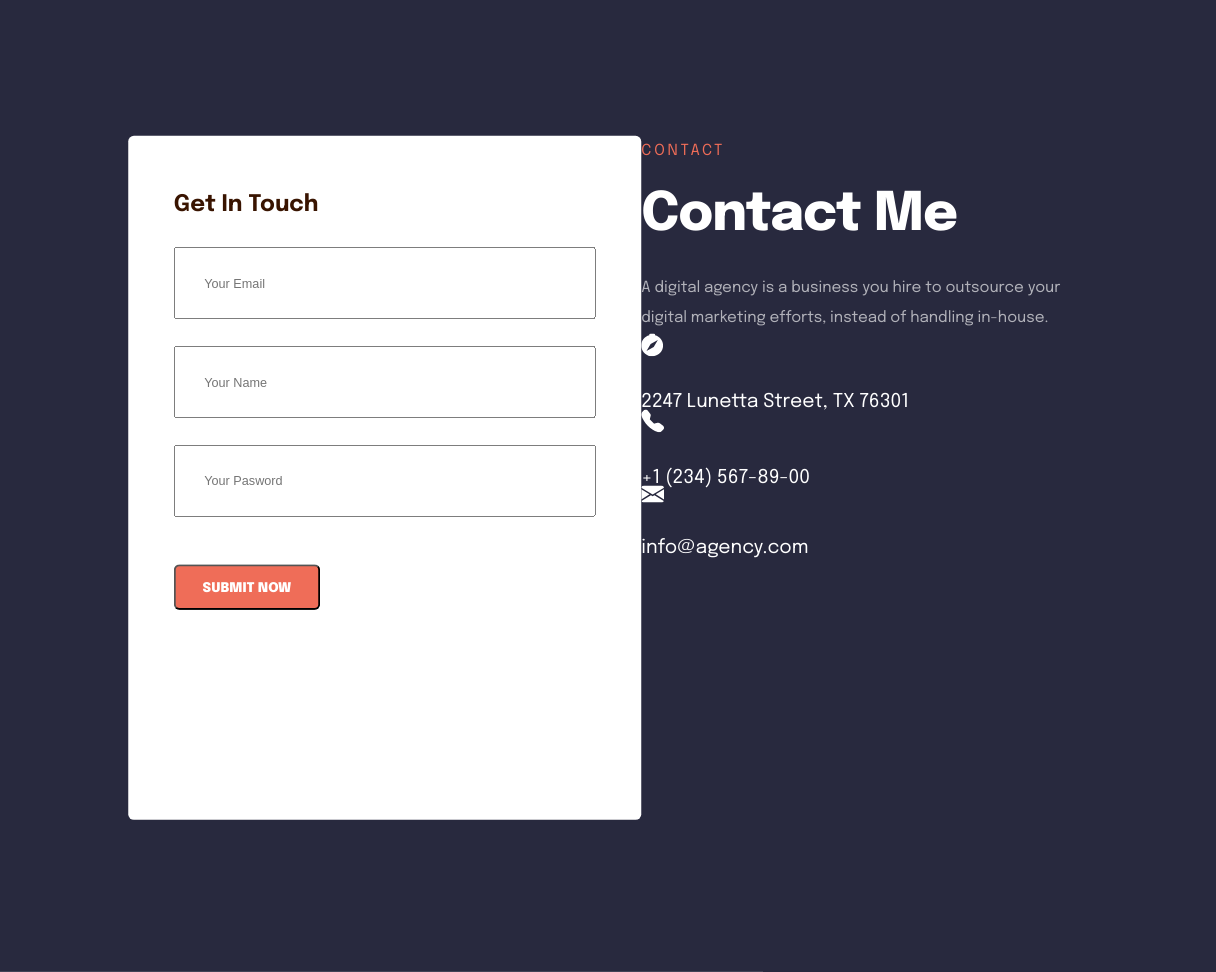
Repository: MehdiKerimov/Figma-Task-14
Page: index.html
An editor plug-in stored every save of this project. The page is shown before and after the next save, followed by the edit.
The browser window is 1280 px wide. The pictures show the whole page, at 95% of full size.

Above is the page before, as saved 2023-10-07 15:25:27.

### index.html
<!DOCTYPE html>
<html lang="en">
  <head>
    <meta charset="UTF-8" />
    <meta name="viewport" content="width=device-width, initial-scale=1.0" />
    <title>Document</title>
    <link rel="stylesheet" href="index.css" />
  </head>
  <body>
    <div class="container">
      <div class="box-container">
        <h1>Get In Touch</h1>
        <form action="">
          <label for="">
            <input type="email" placeholder="Your Email" name="" id="" />
          </label>
          <label for="">
            <input type="text" placeholder="Your Name" />
          </label>
          <label for="">
            <input type="password" placeholder="Your Pasword" />
          </label>
        </form>
        <button><a href="#">Submit Now</a></button>
      </div>

      <div class="text-box">
        <h1>Contact</h1>
        <h2>Contact Me</h2>
        <p>
          A digital agency is a business you hire to outsource your digital
          marketing efforts, instead of handling in-house.
        </p>

        <div class="box">
          <div class="circle">
            <svg
              xmlns="http://www.w3.org/2000/svg"
              width="23"
              height="24"
              viewBox="0 0 23 24"
              fill="none"
            >
              <path
                fill-rule="evenodd"
                clip-rule="evenodd"
                d="M12.5128 23.9559C18.4476 23.4434 22.9991 18.5852 23 12.7619C22.9992 7.68681 19.5202 3.24133 14.5089 1.91219C14.6419 1.45966 14.5495 0.972375 14.2595 0.596433C13.9696 0.220491 13.5157 -0.000396111 13.034 0H9.9675C9.4858 -0.000396111 9.03192 0.220491 8.74193 0.596433C8.45195 0.972375 8.35958 1.45966 8.49253 1.91219C2.74205 3.43556 -0.865618 8.99957 0.179927 14.7325C1.22547 20.4654 6.57793 24.4683 12.5128 23.9559ZM17.4618 6.91176L17.465 6.90994L17.462 6.91144L17.4618 6.91176ZM17.4618 6.91176L9.87551 11.1479L5.53646 18.5674L13.126 14.3294L17.4618 6.91176Z"
                fill="white"
              />
            </svg>
            <p>2247 Lunetta Street, TX 76301</p>
          </div>

          <div class="circle">
            <svg
              xmlns="http://www.w3.org/2000/svg"
              width="24"
              height="24"
              viewBox="0 0 24 24"
              fill="none"
            >
              <path
                fill-rule="evenodd"
                clip-rule="evenodd"
                d="M2.82812 0.765296C3.35902 0.235151 4.09188 -0.0416708 4.84066 0.0050961C5.58945 0.051863 6.28217 0.417722 6.743 1.00981L9.43541 4.46897C9.92889 5.10349 10.1029 5.93003 9.9079 6.71007L9.08742 9.99522C9.00114 10.3413 9.10245 10.7073 9.35441 10.9598L13.0398 14.6454C13.2925 14.8979 13.6592 14.9993 14.0058 14.9124L17.2892 14.0919C18.0691 13.8969 18.8953 14.0711 19.5301 14.5644L22.989 17.2555C24.2324 18.2231 24.3464 20.0607 23.2335 21.1722L21.6825 22.7233C20.5726 23.8333 18.9136 24.3209 17.3672 23.7763C13.4091 22.3836 9.81531 20.1174 6.85249 17.146C3.88152 14.1834 1.61557 10.5899 0.222699 6.63206C-0.320284 5.08699 0.167201 3.42642 1.27717 2.31637L2.82812 0.765296Z"
                fill="white"
              />
            </svg>
            <p>+1 (234) 567-89-00</p>
          </div>
          <div class="circle">
            <svg
              xmlns="http://www.w3.org/2000/svg"
              width="24"
              height="18"
              viewBox="0 0 24 18"
              fill="none"
            >
              <path
                fill-rule="evenodd"
                clip-rule="evenodd"
                d="M3 0C1.60024 -9.42171e-05 0.386447 0.967828 0.075 2.3325L12 9.621L23.925 2.3325C23.6136 0.967828 22.3998 -9.42171e-05 21 0H3ZM0 14.7015V4.0455L8.7045 9.3645L0 14.7015ZM10.1415 10.245L0.2865 16.2855C0.78351 17.3335 1.84012 18.0011 3 18H21C22.1597 18.0003 23.2157 17.3321 23.712 16.284L13.857 10.2435L12 11.379L10.1415 10.2435V10.245ZM24 14.7015L15.2955 9.366V9.3645L24 4.0455V14.7015Z"
                fill="white"
              />
            </svg>
            <p>info@agency.com</p>
          </div>
        </div>
      </div>
    </div>
  </body>
</html>

### index.css
@import url("https://fonts.googleapis.com/css2?family=Epilogue:wght@400;700;800;900&display=swap");
* {
  padding: 0;
  margin: 0;
  box-sizing: border-box;
}
.container {
  background-color: #28293e;
  min-height: 100vh;
  padding: 143px 135px 160px 135px;
  display: flex;
  justify-content: space-between;
}
.container .box-container {
  padding: 57px 48px 48px 48px;
  width: 570px;
  border-radius: 6px;
  background: #fff;
}
.container .box-container h1 {
  color: var(--Text_Dark, #391400);
  font-feature-settings: "clig" off, "liga" off;
  font-family: Epilogue;
  font-size: 24px;
  font-style: normal;
  font-weight: 700;
  line-height: 32px;
}
form {
  display: flex;
  flex-direction: column;
  align-items: center;
}
label{
  width: 100%;
}
input {
  padding-left: 30px;
  padding-right: 30px;
  margin-top: 28px;
  width: 100%;
  height: 76px;
}
.container .box-container button {
  margin-top: 50px;
  width: 154px;
  height: 48px;
  border-radius: 6px;
  background: #ef6d58;
}
.container .box-container button a {
  text-decoration: none;
  color: #fff;
  text-align: center;
  font-family: Epilogue;
  font-size: 14px;
  font-style: normal;
  font-weight: 900;
  line-height: normal;
  text-transform: uppercase;
}
.container .text-box {
  min-height: 100vh;
}
.container .text-box h1 {
  width: 86px;
  color: var(--Text_Light_Accent, #ef6d58);
  font-feature-settings: "clig" off, "liga" off;
  font-family: Epilogue;
  font-size: 16px;
  font-style: normal;
  font-weight: 400;
  line-height: 32px;
  letter-spacing: 3px;
  text-transform: uppercase;
}
.container .text-box h2 {
  margin-top: 20px;
  color: var(--Text_Light, #fff);
  font-feature-settings: "clig" off, "liga" off;
  font-family: Epilogue;
  font-size: 56px;
  font-style: normal;
  font-weight: 800;
  line-height: 64px;
  letter-spacing: -1px;
}
.container .text-box p {
  margin-top: 28px;
  width: 470px;
  color: var(--Text_Light_Gray, rgba(255, 255, 255, 0.64));
  font-feature-settings: "clig" off, "liga" off;
  font-family: Epilogue;
  font-size: 16px;
  font-style: normal;
  font-weight: 400;
  line-height: 32px;
}
.container .box p {
  color: var(--Text_Light, #fff);
  font-feature-settings: "clig" off, "liga" off;
  font-family: Epilogue;
  font-size: 20px;
  font-style: normal;
  font-weight: 400;
  line-height: 32px;
}
.container .circle {
  width: 80px;
  height: 80px;
  border-radius: 50%;
}
.container {
}

After the next save:
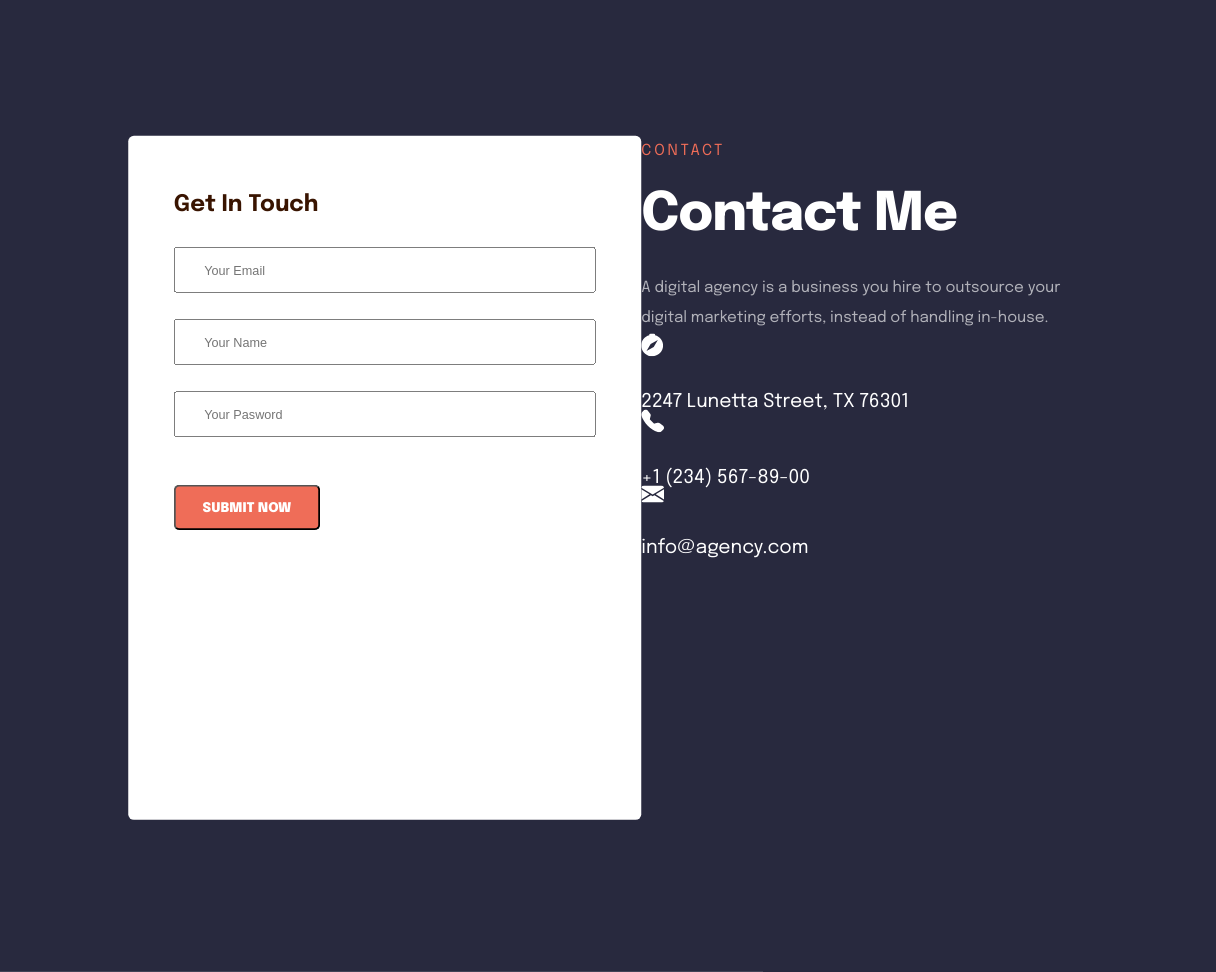
Saved 18 s later.
--- a/index.css
+++ b/index.css
@@ -39,7 +39,8 @@ input {
   padding-right: 30px;
   margin-top: 28px;
   width: 100%;
-  height: 76px;
+  height: 48px;
+
 }
 .container .box-container button {
   margin-top: 50px;
